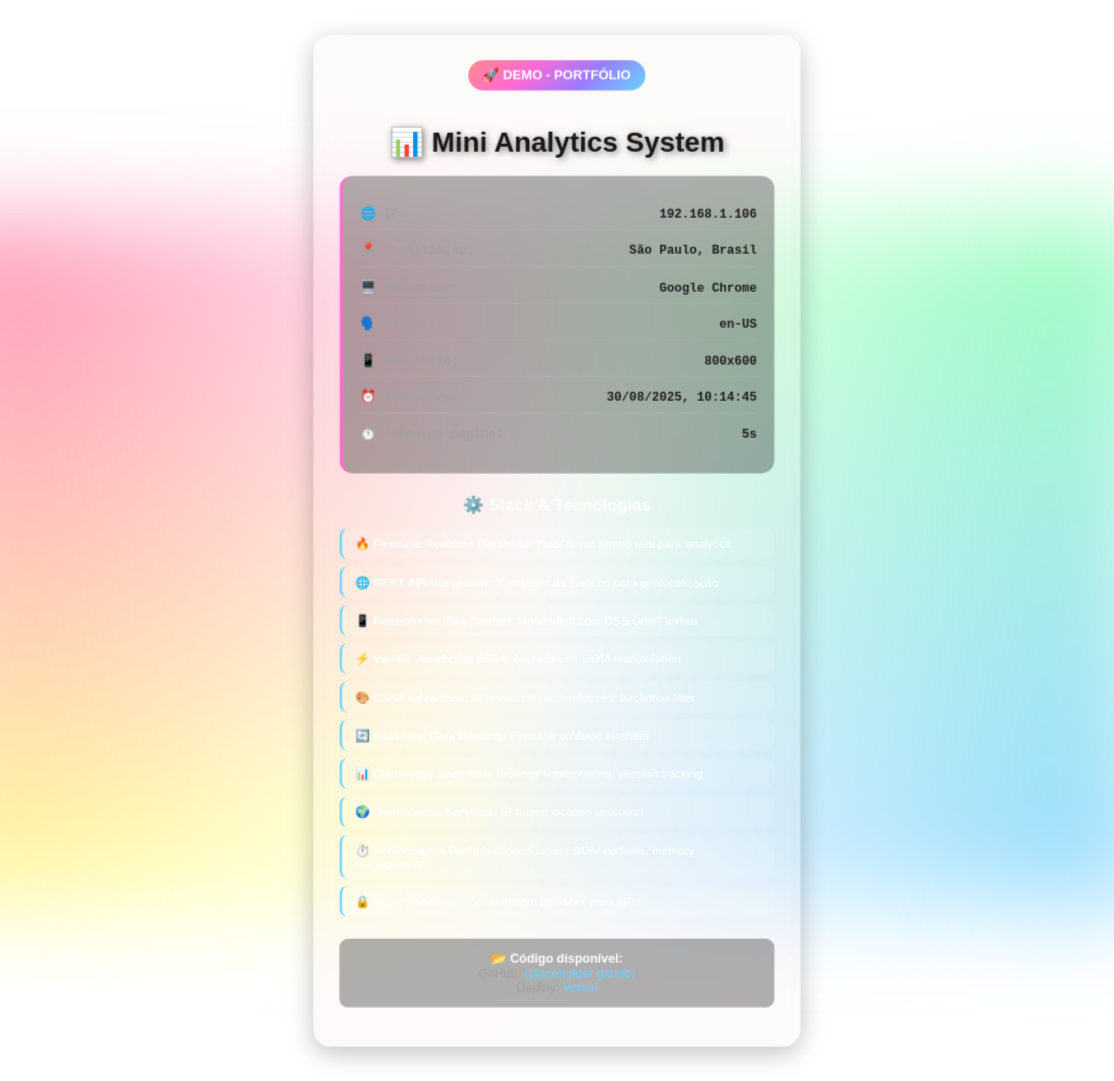
Repository: nardogod/mini-analytics
Page: mini.html
These files come from the project's save history. The page is drawn as it stood at one moment and after the next save; the edit follows.
The browser window is 1280 px wide. The pictures show the whole page, at 87% of full size.

Above is the page before, as saved 2025-08-30 10:44:46.

### mini.html
<!DOCTYPE html>
<html lang="pt-BR">
  <head>
    <meta charset="UTF-8" />
    <meta name="viewport" content="width=device-width, initial-scale=1.0" />
    <title>Demo Analytics - Portfólio</title>
    <style>
      body {
        margin: 0;
        font-family: "Poppins", sans-serif;
        display: flex;
        justify-content: center;
        align-items: center;
        min-height: 100vh;
        overflow-x: hidden;
        color: #fff;
        text-align: center;
        padding: 20px 0;
      }

      /* Fundo vibrante com bolhas coloridas */
      .background {
        position: fixed;
        width: 100%;
        height: 100%;
        background: radial-gradient(
            circle at top left,
            rgba(255, 100, 150, 0.7),
            transparent 50%
          ),
          radial-gradient(
            circle at bottom right,
            rgba(100, 200, 255, 0.7),
            transparent 50%
          ),
          radial-gradient(
            circle at top right,
            rgba(100, 255, 150, 0.7),
            transparent 50%
          ),
          radial-gradient(
            circle at bottom left,
            rgba(255, 255, 100, 0.7),
            transparent 50%
          );
        filter: blur(50px);
        animation: moveBubbles 10s infinite alternate ease-in-out;
        z-index: -1;
      }

      @keyframes moveBubbles {
        0% {
          transform: translate(0, 0) scale(1);
        }
        50% {
          transform: translate(-25px, 25px) scale(1.1);
        }
        100% {
          transform: translate(25px, -25px) scale(1);
        }
      }

      .container {
        background: rgba(240, 222, 222, 0.15);
        border-radius: 20px;
        padding: 30px;
        width: 90%;
        max-width: 500px;
        box-shadow: 0 8px 30px rgba(0, 0, 0, 0.25);
        backdrop-filter: blur(20px);
        margin: 20px;
      }

      h1 {
        font-size: 2rem;
        margin-bottom: 20px;
        color: #1a1919;
        text-shadow: 2px 2px 8px rgba(0, 0, 0, 0.5);
      }

      .demo-badge {
        display: inline-block;
        background: linear-gradient(135deg, #ff8a8a, #ff6ad5, #9a7dff, #6ad5ff);
        padding: 8px 16px;
        border-radius: 25px;
        font-size: 0.9rem;
        font-weight: bold;
        margin-bottom: 20px;
        animation: pulse 2s infinite;
      }

      @keyframes pulse {
        0%,
        100% {
          transform: scale(1);
        }
        50% {
          transform: scale(1.05);
        }
      }

      .analytics-display {
        background: rgba(0, 0, 0, 0.3);
        border-radius: 15px;
        padding: 20px;
        margin: 20px 0;
        text-align: left;
        font-family: "Courier New", monospace;
        font-size: 0.9rem;
        line-height: 1.6;
        border-left: 4px solid #ff6ad5;
      }

      .metric {
        display: flex;
        justify-content: space-between;
        margin: 8px 0;
        padding: 5px 0;
        border-bottom: 1px solid rgba(255, 255, 255, 0.1);
      }

      .metric:last-child {
        border-bottom: none;
      }

      .label {
        color: #a0a0a0;
        font-weight: 500;
      }

      .value {
        color: #1f1d1d;
        font-weight: bold;
      }

      .tecnicas {
        margin-top: 25px;
        font-size: 0.85rem;
        text-align: left;
      }

      .tecnicas h2 {
        font-size: 1.2rem;
        margin-bottom: 15px;
        text-align: center;
        color: #fff;
      }

      .tecnicas ul {
        list-style: none;
        padding: 0;
      }

      .tecnicas li {
        background: rgba(255, 255, 255, 0.1);
        margin: 8px 0;
        padding: 10px 15px;
        border-radius: 10px;
        border-left: 3px solid #6ad5ff;
      }

      .live-indicator {
        display: inline-block;
        width: 8px;
        height: 8px;
        background: #4ade80;
        border-radius: 50%;
        animation: blink 1.5s infinite;
        margin-right: 8px;
      }

      @keyframes blink {
        0%,
        50% {
          opacity: 1;
        }
        51%,
        100% {
          opacity: 0.3;
        }
      }

      .visitors-count {
        background: linear-gradient(135deg, #4ade80, #22d3ee);
        padding: 10px 20px;
        border-radius: 25px;
        margin: 15px 0;
        font-weight: bold;
        display: inline-block;
      }
    </style>
  </head>
  <body>
    <div class="background"></div>
    <div class="container">
      <div class="demo-badge">🚀 DEMO - PORTFÓLIO</div>
      <h1>📊 Mini Analytics System</h1>

      <div class="analytics-display" id="analytics">
        <div class="metric">
          <span class="label">🌐 IP:</span>
          <span class="value" id="ip">Detectando...</span>
        </div>
        <div class="metric">
          <span class="label">📍 Localização:</span>
          <span class="value" id="location">Carregando...</span>
        </div>
        <div class="metric">
          <span class="label">🖥️ Navegador:</span>
          <span class="value" id="browser">Analisando...</span>
        </div>
        <div class="metric">
          <span class="label">🗣️ Idioma:</span>
          <span class="value" id="language">--</span>
        </div>
        <div class="metric">
          <span class="label">📱 Resolução:</span>
          <span class="value" id="screen">--</span>
        </div>
        <div class="metric">
          <span class="label">⏰ Acesso em:</span>
          <span class="value" id="timestamp">--</span>
        </div>
        <div class="metric">
          <span class="label">⏱️ Tempo na página:</span>
          <span class="value" id="sessionTime">0s</span>
        </div>
      </div>

      <div class="tecnicas">
        <h2>⚙️ Stack & Tecnologias</h2>
        <ul>
          <li>
            🔥 <strong>Firebase Realtime Database:</strong> NoSQL em tempo real
            para analytics
          </li>
          <li>
            🌐 <strong>REST API Integration:</strong> Consumo da ipapi.co para
            geolocalização
          </li>
          <li>
            📱 <strong>Responsive Web Design:</strong> Mobile-first com CSS
            Grid/Flexbox
          </li>
          <li>
            ⚡ <strong>Vanilla JavaScript ES6+:</strong> Async/await, DOM
            manipulation
          </li>
          <li>
            🎨 <strong>CSS3 Advanced:</strong> Glassmorphism, keyframes,
            backdrop-filter
          </li>
          <li>
            🔄 <strong>Real-time Data Binding:</strong> Firebase onValue
            listeners
          </li>
          <li>
            📊 <strong>Client-side Analytics:</strong> Browser fingerprinting,
            session tracking
          </li>
          <li>
            🌍 <strong>Geolocation Services:</strong> IP-based location
            detection
          </li>
          <li>
            ⏱️ <strong>Performance Optimization:</strong> Efficient DOM updates,
            memory management
          </li>
          <li>
            🔒 <strong>Error Handling:</strong> Try/catch com fallbacks para
            APIs
          </li>
        </ul>

        <div style="margin-top: 25px; text-align: center; font-size: 0.9rem">
          <div
            style="
              background: rgba(0, 0, 0, 0.3);
              padding: 15px;
              border-radius: 10px;
              margin: 15px 0;
            "
          >
            <strong>📂 Código disponível:</strong><br />
            <span style="color: #a0a0a0">GitHub: </span
            ><span style="color: #6ad5ff">(placeholder github)</span><br />
            <span style="color: #a0a0a0">Deploy: </span
            ><span style="color: #6ad5ff">Vercel</span>
          </div>
        </div>
      </div>
    </div>

    <script>
      // Simulação das funcionalidades para demonstração no portfólio
      let sessionTime = 0;
      let visitorsCount = Math.floor(Math.random() * 50) + 100; // Simula contagem

      // Função para detectar informações do cliente
      function coletarDados() {
        // Dados básicos do navegador (funcionam em qualquer ambiente)
        const navegador = getBrowserInfo();
        const idioma = navigator.language || "pt-BR";
        const tela = `${window.screen.width}x${window.screen.height}`;
        const acessoEm = new Date().toLocaleString("pt-BR");

        // Atualiza dados básicos imediatamente
        document.getElementById("browser").textContent = navegador;
        document.getElementById("language").textContent = idioma;
        document.getElementById("screen").textContent = tela;
        document.getElementById("timestamp").textContent = acessoEm;

        // Simula carregamento de IP e localização
        setTimeout(() => {
          document.getElementById("ip").textContent =
            "192.168.1." + Math.floor(Math.random() * 255);
          document.getElementById("location").textContent = "São Paulo, Brasil";
        }, 1500);

        // Simula Firebase - contador de visitantes (removido para mostrar apenas dados reais)
        // Em produção: Firebase Realtime Database com runTransaction para contadores globais

        // Timer de sessão
        setInterval(() => {
          sessionTime++;
          const minutes = Math.floor(sessionTime / 60);
          const seconds = sessionTime % 60;
          const timeDisplay =
            minutes > 0 ? `${minutes}m ${seconds}s` : `${seconds}s`;
          document.getElementById("sessionTime").textContent = timeDisplay;
        }, 1000);
      }

      // Função para identificar o navegador
      function getBrowserInfo() {
        const ua = navigator.userAgent;
        let browser = "Desconhecido";

        if (ua.includes("Chrome") && !ua.includes("Edge")) {
          browser = "Google Chrome";
        } else if (ua.includes("Firefox")) {
          browser = "Mozilla Firefox";
        } else if (ua.includes("Safari") && !ua.includes("Chrome")) {
          browser = "Safari";
        } else if (ua.includes("Edge")) {
          browser = "Microsoft Edge";
        } else if (ua.includes("Opera")) {
          browser = "Opera";
        }

        return browser;
      }

      // Simula requisição para API de geolocalização
      async function tentarGeolocalizacao() {
        try {
          // Em um ambiente real, faria: const res = await fetch("https://ipapi.co/json/");
          // Aqui simulamos o comportamento para o portfólio
          await new Promise((resolve) => setTimeout(resolve, 1000));
          return {
            ip: "187.45.123." + Math.floor(Math.random() * 255),
            city: "São Paulo",
            country_name: "Brasil",
          };
        } catch (e) {
          console.log("Simulação: Erro ao buscar localização", e);
          return {
            ip: "N/A",
            city: "N/A",
            country_name: "N/A",
          };
        }
      }

      // Inicializa a aplicação
      coletarDados();

      // Adiciona efeito de hover nos itens das técnicas
      document.addEventListener("DOMContentLoaded", () => {
        const tecnicasItems = document.querySelectorAll(".tecnicas li");
        tecnicasItems.forEach((item) => {
          item.addEventListener("mouseenter", () => {
            item.style.background = "rgba(255, 255, 255, 0.2)";
            item.style.transform = "translateX(5px)";
            item.style.transition = "all 0.3s ease";
          });

          item.addEventListener("mouseleave", () => {
            item.style.background = "rgba(255, 255, 255, 0.1)";
            item.style.transform = "translateX(0px)";
          });
        });
      });
    </script>
  </body>
</html>

After the next save:
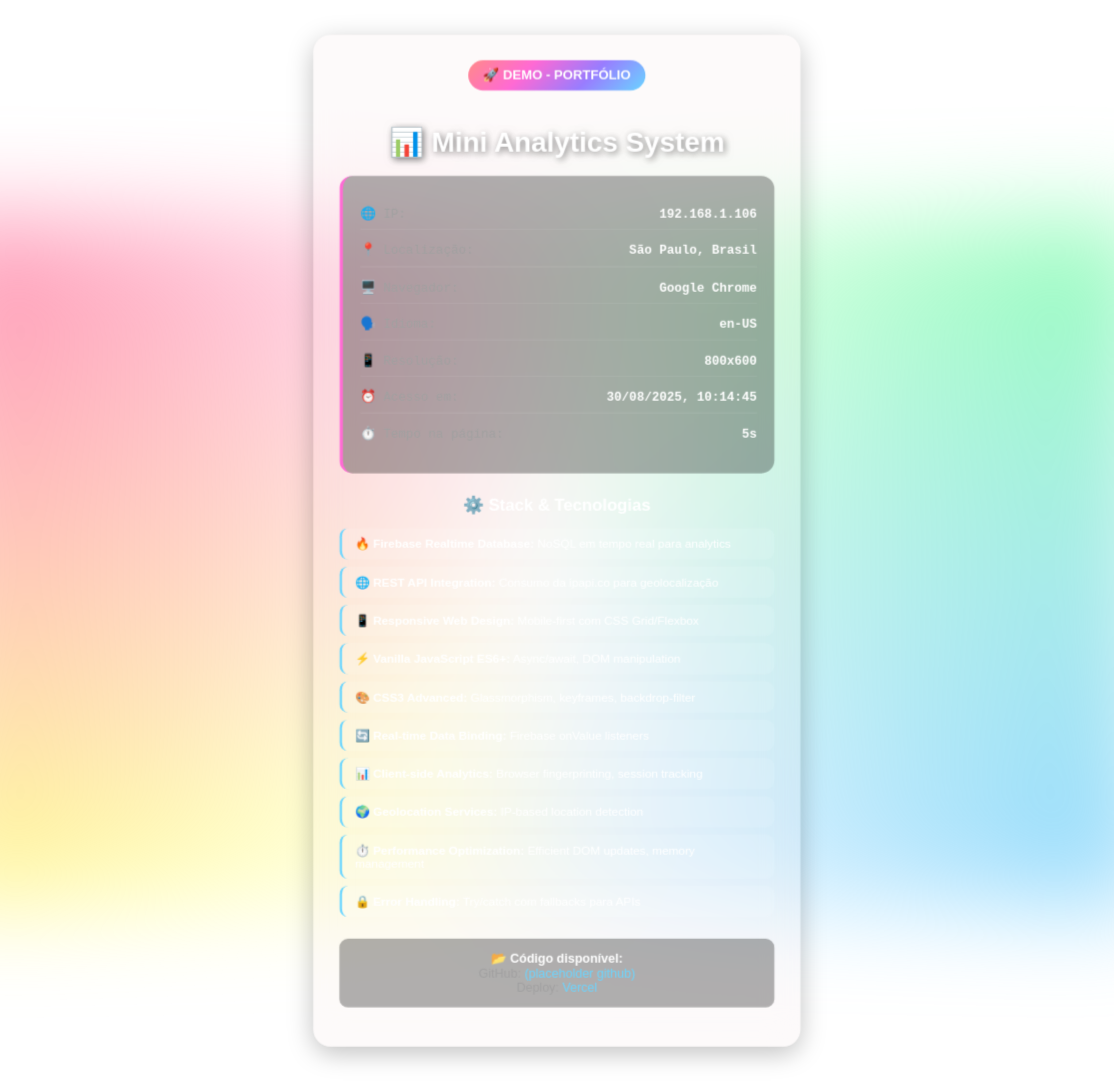
Saved 11 s later.
--- a/mini.html
+++ b/mini.html
@@ -74,7 +74,7 @@
       h1 {
         font-size: 2rem;
         margin-bottom: 20px;
-        color: #1a1919;
+        color: #fff;
         text-shadow: 2px 2px 8px rgba(0, 0, 0, 0.5);
       }
 
@@ -129,7 +129,7 @@
       }
 
       .value {
-        color: #1f1d1d;
+        color: #fff;
         font-weight: bold;
       }
 
